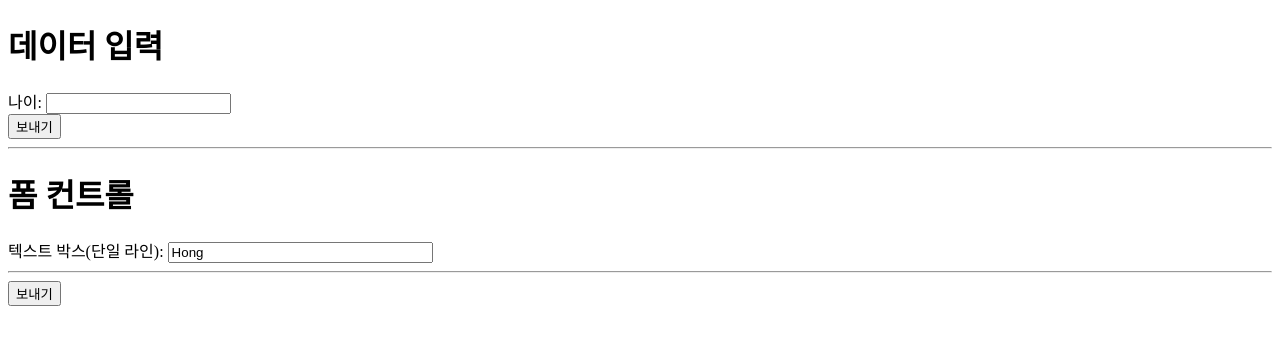
Repository: sinsujung/client
Page: ClientTest/src/main/webapp/html/ex18_form.html
An editor plug-in stored every save of this project. The page is shown before and after the next save, followed by the edit.
The browser window is 1280 px wide. The pictures show the whole page.

Above is the page before, as saved 2023-09-21 06:26:45.

After the next save:
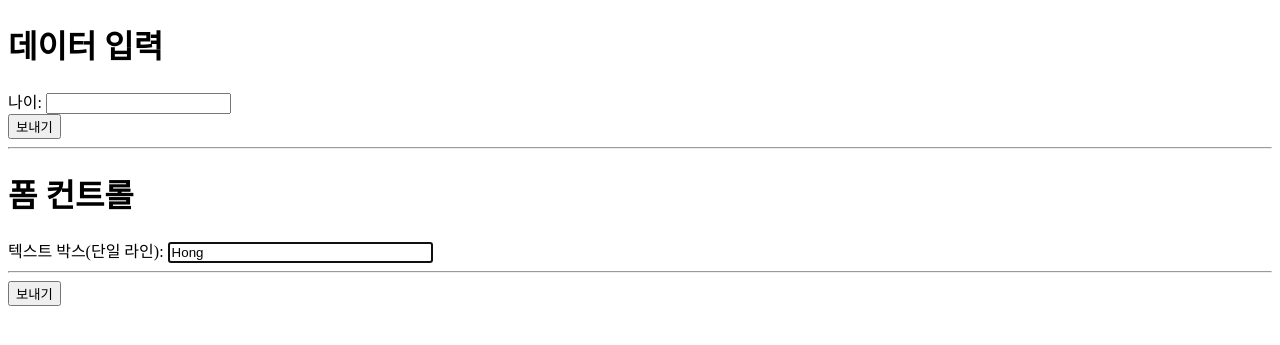
Saved 16 s later.
--- a/ClientTest/src/main/webapp/html/ex18_form.html
+++ b/ClientTest/src/main/webapp/html/ex18_form.html
@@ -79,7 +79,7 @@
 		 -->
 			텍스트 박스(단일 라인):
 			<input type="text" name="txt1" id="txt1" class="txt" size="30"
-			value="Hong" accesskey="s">
+			value="Hong" accesskey="s" autofocus autocomplete="off">
 
 			<hr>
 
